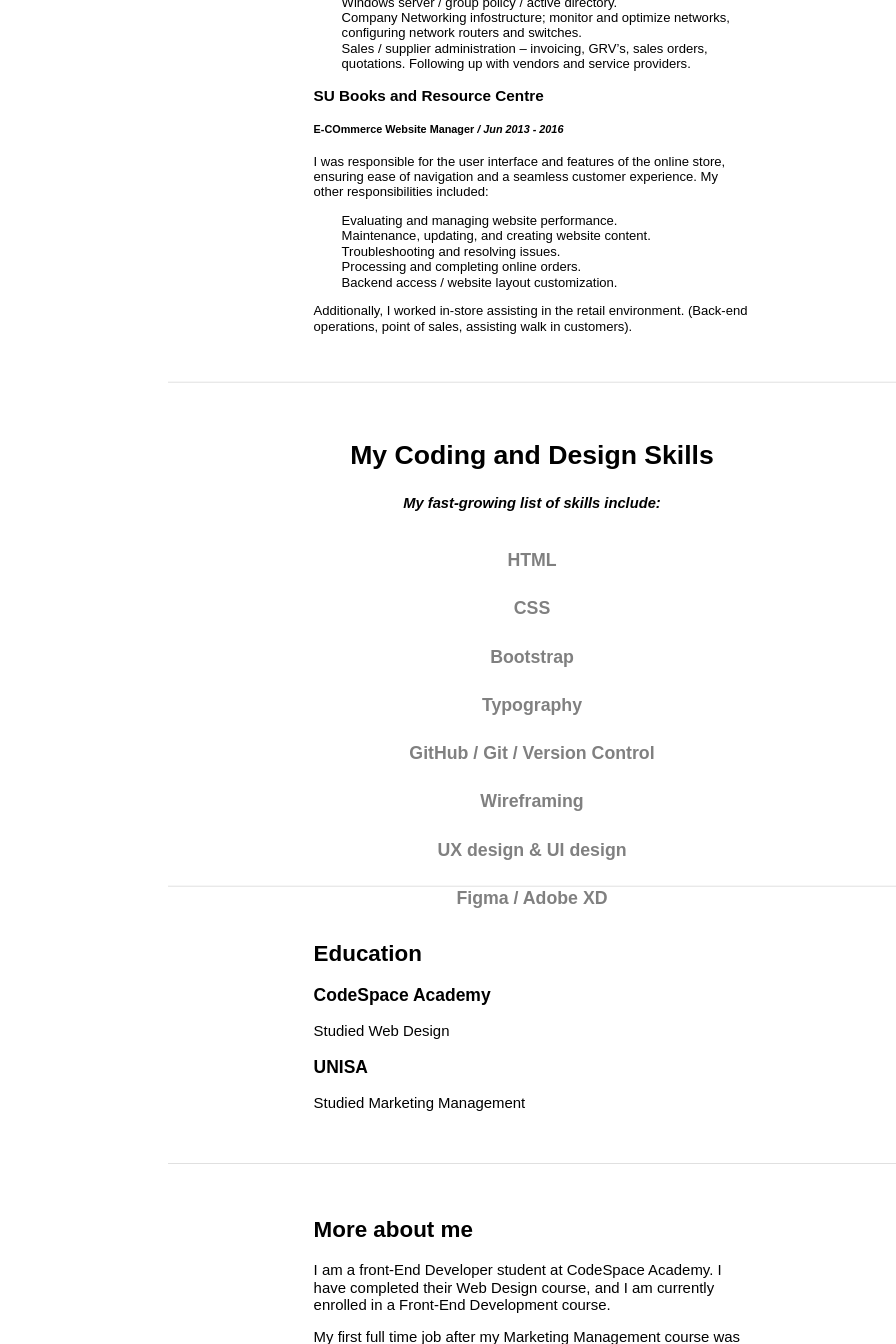
Repository: WesleyErasmus/MyDigitalResume-5
Page: index.html
An editor plug-in stored every save of this project. The page is shown before and after the next save, followed by the edit.
The browser window is 1280 px wide. The pictures show the part of the page from y = 1169 to 3089 px (the page is 4321 px tall), at 70% of full size.

Above is the page before, as saved 2022-03-06 19:53:01.

After the next save:
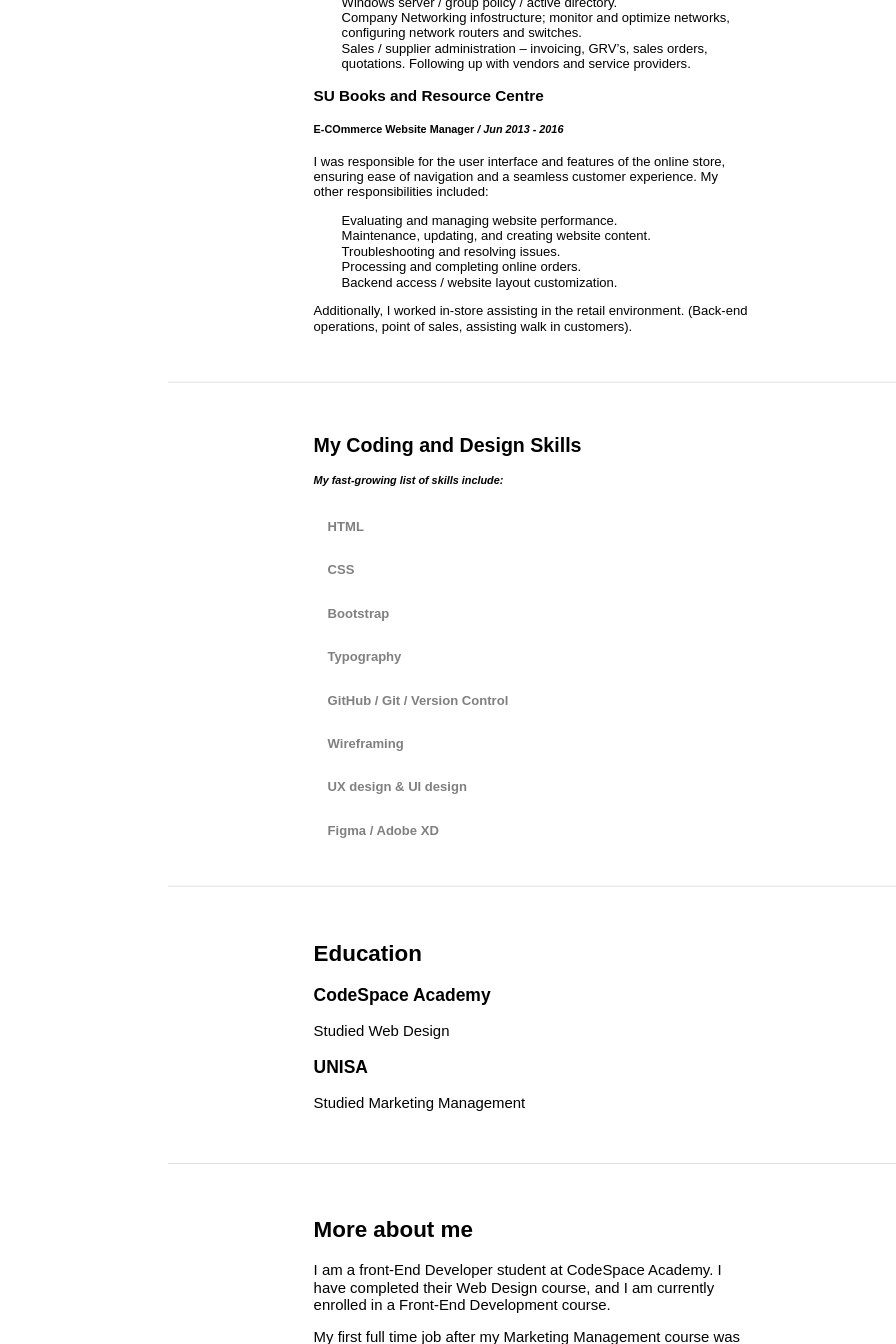
Saved 26 s later.
--- a/stylesheet.css
+++ b/stylesheet.css
@@ -118,9 +118,9 @@ article.job-experience {
   border-bottom: 0.1px solid lightgrey;
 }
 article.coding-and-design-skills {
-  font-size: 19pt;
+  font-size: 14pt;
   padding: 50px 20% 50px 20%;
-  text-align: center;
+  /* text-align: center; */
   height: 100vh;
   border-bottom: 0.1px solid lightgrey;
 }
